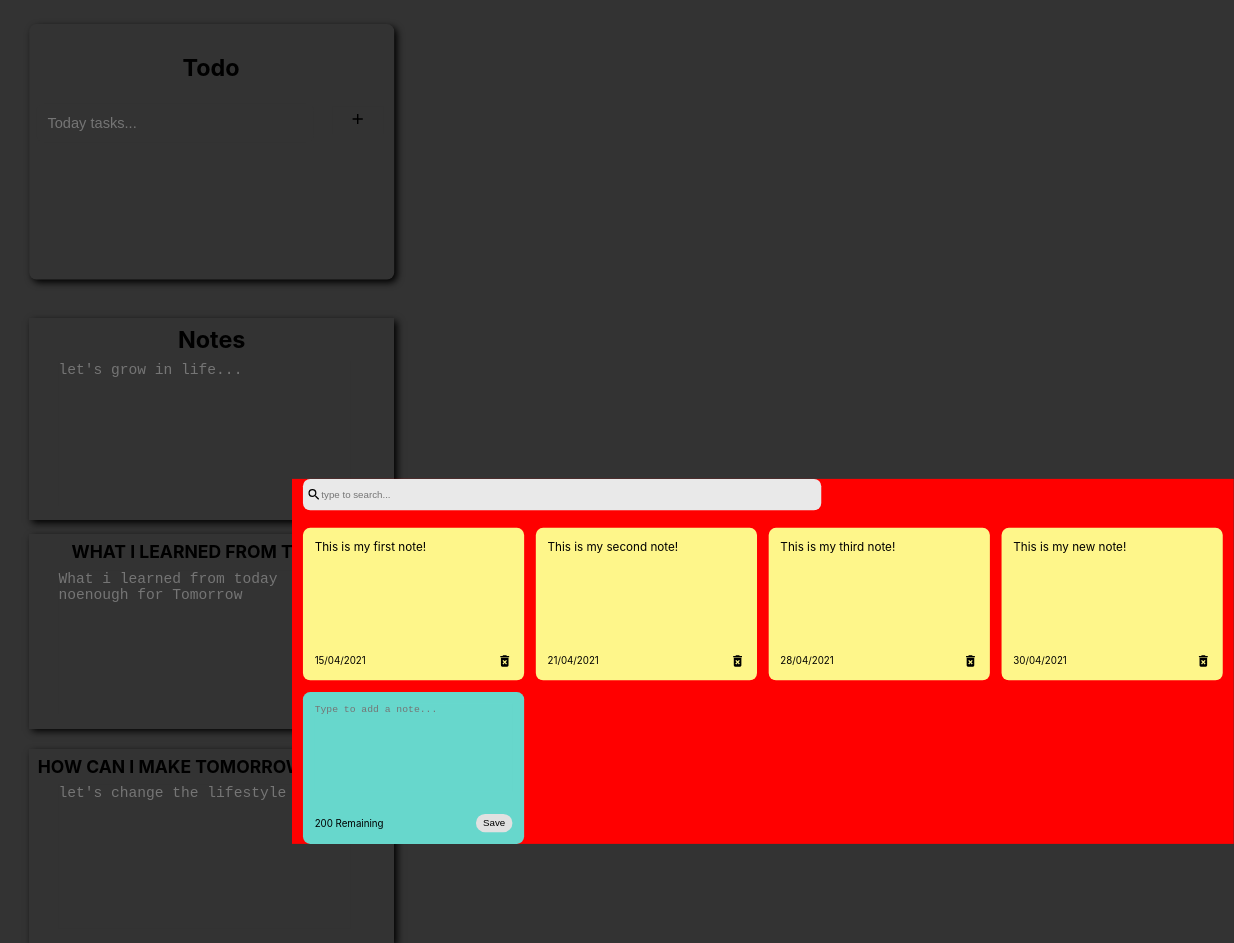
Repository: subhamRsahoo/note
Page: /
The author's editor kept a copy of each file at every save. The page is drawn from the files as they stood at one save, then again after the next save.
The browser window is 1280 px wide. The page is 1690 px wide, so the pictures cover 1690 px, including what lies to the right of the window. The pictures show the whole page, at 73% of full size.
The project was rebuilt for these pictures with package versions that can differ from the ones it lists, and the page was loaded fresh each time.

Above is the page before, as saved 2021-07-15 17:50:13.

### public/index.html
<!DOCTYPE html>
<html lang="en">
  <head>
    <meta charset="utf-8" />
    <link rel="icon" href="%PUBLIC_URL%/favicon.ico" />
    <meta name="viewport" content="width=device-width, initial-scale=1" />
    <meta name="theme-color" content="#000000" />
    <meta
      name="description"
      content="Web site created using create-react-app"
    />
    <link rel="apple-touch-icon" href="%PUBLIC_URL%/logo192.png" />
    <link rel="manifest" href="%PUBLIC_URL%/manifest.json" />


    <!-- <link rel="stylesheet" href="https://cdnjs.cloudflare.com/ajax/libs/font-awesome/5.15.3/css/font-awesome.min.css"/> -->

    <!-- <link rel="stylesheet" href="https://bootswatch.com/4/materia/bootstrap.com"/> -->

    <title>React App</title>
  </head>
  <body>
    <noscript>You need to enable JavaScript to run this app.</noscript>
    <div id="root"></div>
  </body>
</html>

### src/App.js
import React from 'react'
import Hub from './components/Hub';
import Hub1 from './components/aaaa/Hub1';
import A from './components/New folder/A';

function App() {
    return (
        <div>
            <Hub/>
            <Hub1/>
            <A/>
        </div>
    )
}

export default App

### src/components/Hub.js
import React , {useState , useEffect}from "react";
import Header from "./Header";
import Form from "./Form";
import TodoList from "./TodoList";
import './App.css';


const Hub = () => {
  const initalState = JSON.parse(localStorage.getItem("todos")) || [];
  const [input ,setInput] = useState("");
  const [todos ,setTodos] = useState(initalState);
  const [editTodo , setEditTodo] = useState(null);

  useEffect(() => {
    localStorage.setItem("todos" , JSON.stringify(todos))
  }, [todos]);
  return (
    <div className="container">
      <div className="app-wrapper">
        <div>
          <Header/>
        </div>
        <div>
          <Form
          input={input}
          setInput={setInput}
          todos={todos}
          setTodos={setTodos}
          editTodo={editTodo}
          setEditTodo={setEditTodo}
          />
        </div>
        <div>
          <TodoList todos={todos} setTodos={setTodos} setEditTodo={setEditTodo}/>
        </div>
      </div>
    </div>

  );
}

export default Hub;

### src/components/aaaa/Hub1.js
import React, { Component } from 'react';
import FormDataComponent from './components/form-data.component';
class  Hub1 extends Component {
  render() {
    return (
      <div >
        <FormDataComponent />
      </div>
    );
  }
}

export default Hub1;

### src/components/New folder/A.js
import React from 'react';
import './index.css';
import App from './App';


function A() {
    return (
        <div>
            <App />
        </div>
    )
}

export default A

### src/components/Header.js
import React from 'react'

function Header() {
    return (
        <div className="header">
            <h1>Todo</h1>
        </div>
    )
}

export default Header

### src/components/Form.js
import React , {useEffect} from 'react'
import {v4 as uuidv4} from "uuid";
import AddIcon from '@material-ui/icons/Add';

 const Form =({input , setInput , todos , setTodos , editTodo , setEditTodo }) => {
     const updateTodo = (title , id, completed) =>
     {
         const newTodo = todos.map((todo)=>

             todo.id === id ? {title,id, completed} : todo
         )
         setTodos(newTodo);
         setEditTodo("");
     }
     useEffect(() =>
     {
         if(editTodo)
         {
             setInput(editTodo.title);
         }else{
             setInput("")
         }
     }, [setInput , editTodo]);

     const onInputChange= (event) =>
     {
       setInput(event.target.value);
     };

     const onFormSubmit = (event) =>
     {
        event.preventDefault();
        if(!editTodo){
            setTodos([...todos , {id:uuidv4(), title: input , completed: false}]);
            setInput("");
        }else{
            updateTodo(input , editTodo.id , editTodo.completed)
        }
     }
    return (
       <form onSubmit={onFormSubmit}>
           <input type="text" placeholder="Today tasks... " className="task-input"
           value={input} required onChange={onInputChange} limit={3}/>
           <button type="submit" className="Add">
            <AddIcon/>
           </button>
       </form>
    )
}

export default Form

### src/components/TodoList.js
import React from 'react'
import DoneIcon from '@material-ui/icons/Done';
import EditIcon from '@material-ui/icons/Edit';
import DeleteIcon from '@material-ui/icons/Delete';

const TodoList = ({todos , setTodos , setEditTodo}) => {

    const handleDelete = ({id}) =>
    {
        setTodos(todos.filter((todo) => todo.id !== id));
    }

    const handleComplete = (todo) =>
    {
        setTodos(
            todos.map((item) => {
                if(item.id === todo.id){
                    return {...item , completed: !item.completed};
                }
                return item
            })
        )
    }

    const handleEdit =({id}) =>{
        const findTodo = todos.find((todo) => todo.id === id);
        setEditTodo(findTodo);
    };
    return (
        <div>
           {todos.map((todo) => (
               <li className="list-item"  key={todo.id}>
                   <input type="text"
                     value={todo.title}
                     className={`list ${todo.completed ? "complete" : "" }`}
                     onChange={(event)=> event.preventDefault()}
                   />
                   <div>
                       <button className="button-complete task-button" onClick={() => handleComplete(todo)}>
                          <i><DoneIcon/></i>
                       </button>
                       <button className="button-edit task-button" onClick={()=> handleEdit(todo)}>
                          <i><EditIcon/></i>
                       </button>
                       <button className="button-delete task-button"  onClick={()=> handleDelete(todo)}>
                          <i><DeleteIcon/></i>
                       </button>
                   </div>
               </li>
           ))}
        </div>
    );
}

export default TodoList;

### src/components/App.css
::-webkit-scrollbar {
  width: 9px;
}
::-webkit-scrollbar-thumb {
  background-color: #a8a8a8;
}
::-webkit-scrollbar-thumb:hover {
  background: #828282;
}
::-webkit-scrollbar-track {
  background: #cccccc;
}

body {
  font-family: -apple-system, BlinkMacSystemFont, 'Segoe UI', 'Roboto', 'Oxygen',
    'Ubuntu', 'Cantarell', 'Fira Sans', 'Droid Sans', 'Helvetica Neue',
    sans-serif;
  -webkit-font-smoothing: antialiased;
  -moz-osx-font-smoothing: grayscale;
  background: #333;
}

code {
  font-family: source-code-pro, Menlo, Monaco, Consolas, 'Courier New',
    monospace;
}


*
{
  margin: 0;
  padding: 0;
}

.container
{
  margin-top: 10px;
  width: 100%;
  min-height: 55vh;
  display: grid;
  justify-content: left;
  /* margin-left: 40px; */
  right: 500px;
  align-items: center;
  position: relative;
  box-sizing: border-box;
  left: 40px;
}

.app-wrapper
{
  background-color: #333;
  width: 500px;
  min-height: 350px;
  padding: 10px;
  box-sizing: border-box;
  border-radius: 10px;
  box-shadow: 4px 4px 10px #000;
  /* margin-bottom: 150px; */

}

.header h1
{
  color: black;
  text-align: left;
  margin: 30px 0;
  margin-left: 200px;
}

.task-input
{
  outline: none;
  width: 350px;
  padding: 15px;
  margin-right: 25px;
  font-size: 20px;
  color: white;
  background-color: #333;
  border: none;
  border-radius: 10px;
}

.task-input:hover
{
  box-shadow: 6px 4px 10px #000;
}

.Add
{
  width: 70px;
  padding: 5px 5px;
  border: 0;
  cursor: pointer;
  border-style: transparent;
  background-color: #333;
}

.Add:hover
{
  border-radius: 10px;
  box-shadow: 6px 4px 10px #000;
}

.list-item
{
  display: flex;
  margin: 20px 0;
  border: none;
  border-radius: 10px;
  padding: 7px;
  max-height: 20px;
}

.list-item:hover
{
  box-shadow: 6px 4px 10px #000;
}

.button-complete,
.button-delete,
.button-edit
{
  border: none;
  outline: none;
  cursor: pointer;
  background-color: transparent;
  font-size: 20px;
  border-radius: 50%;
}

.button-complete
{
  color: #ff6c6c;
  margin-right: 10px;
  margin-left: 70px;
}

.button-edit
{
  color: #e2d029;
  margin-right: 10px;
}

.button-delete
{
  color: lightseagreen;
}

.complete
{
  text-decoration-style: solid;
  text-decoration-line: line-through;
  text-decoration-color: #ff6c6c;
  opacity: 0.6;
}

.list
{
  width: 250px;
  background-color: #333;
  border: none;
  color: wheat;
  font-size: 20px;
  padding-left: 10px;
  margin-right: 15px;
}

input:focus,
button:focus
{
  outline: none;
}

@media screen and (max-width:768px)
{
  .container
  {
    left : 120px;
  }
  .app-wrapper
  {

    min-width: 400px;
    min-height: 260px;
    /* margin-top: 15px; */
  }
}

@media screen and (max-width:540px)
{
  .container
  {
    left: 40px;
  }
}

@media screen and (max-width: 1020px)
{
  .app-wrapper
  {
    min-width: 200px;
    min-height: 260px;
    margin-top: 15px;
  }
}

### src/components/aaaa/components/form-data.component.js
import React, { Component } from 'react';
import './design.css';
export default class FormDataComponent extends Component {
    userData;

    constructor(props) {
        super(props);

        this.onChangeName = this.onChangeName.bind(this);
        this.onChangeName1 = this.onChangeName1.bind(this);
        this.onChangeName2 = this.onChangeName2.bind(this);
        this.onSubmit = this.onSubmit.bind(this);

        this.state = {
            name: '',
            name1: '',
            name2: ''
        }
    }

    // Form Values
    onChangeName(e) {
        this.setState({ name: e.target.value })
    }

    onChangeName1(e) {
        this.setState({ name1: e.target.value })
    }

    onChangeName2(e) {
        this.setState({ name2: e.target.value })
    }


    // React Life Cycle
    componentDidMount() {
        this.userData = JSON.parse(localStorage.getItem('user'));

        if (localStorage.getItem('user')) {
            this.setState({
                name: this.userData.name,
                name1: this.userData.name1,
                name2: this.userData.name2
            })
        } else {
            this.setState({
                name: '',
                name1: '',
                name2: ''
            })
        }
    }

    componentWillUpdate(nextProps, nextState) {
        localStorage.setItem('user', JSON.stringify(nextState));
    }

    onSubmit(e) {
        e.preventDefault()
        console.log(this.state.props)
    }


    render() {
        return (

                <form className="form" onSubmit={this.onSubmit}>
                    <div className="contain">
                        <h1>Notes</h1>
                        <textarea type="text" placeholder="let's grow in life..." className="text1" value={this.state.name} onChange={this.onChangeName} />
                        {/* <button type="submit" className="btn1">Save</button> */}
                    </div>


                    <div className="contain1">
                        <h2>WHAT I LEARNED FROM TODAY?</h2>
                        <textarea type="text" placeholder="What i learned from today noenough for Tomorrow" className="text2" value={this.state.name1} onChange={this.onChangeName1} />
                        {/* <button type="submit" className="btn2">Save</button> */}
                    </div>

                    <div className="contain2">
                        <h2>HOW CAN I MAKE TOMORROW BETTER?</h2>
                        <textarea type="text" placeholder="let's change the lifestyle" className="text3" value={this.state.name2} onChange={this.onChangeName2} />
                        {/* <button type="submit" className="btn3">Save</button> */}
                    </div>
                </form>

        )
    }
}

### src/components/New folder/index.css
body {
	margin: 0;
	font-family: -apple-system, BlinkMacSystemFont, 'Segoe UI',
		'Roboto', 'Oxygen', 'Ubuntu', 'Cantarell', 'Fira Sans',
		'Droid Sans', 'Helvetica Neue', sans-serif;
	-webkit-font-smoothing: antialiased;
	-moz-osx-font-smoothing: grayscale;
}

code {
	font-family: source-code-pro, Menlo, Monaco, Consolas,
		'Courier New', monospace;
}

.header {
	display: flex;
	align-items: center;
	justify-content: space-between;
}

.dark-mode {
	background-color: black;
}

.dark-mode h1 {
	color: white;
}

.container1 {
	display: grid;
	min-width: 1260px;
	/* margin-right: auto;  */
	position: absolute;
	left: 400px;
	padding-right: 15px;
	padding-left: 15px;
	min-height: 500px;
	background-color:red;
}

.notes-list {
	display: grid;
	grid-gap: 1rem;
	grid-template-columns: repeat(
		auto-fill,
		minmax(250px, 1fr)
	);
}

.note.new {
	background-color: #67d7cc;
}

textarea {
	border: none;
	resize: none;
	background-color: #67d7cc;
}

textarea:focus {
	outline: none;
}

.save {
	background-color: #e1e1e1;
	border: none;
	border-radius: 15px;
	padding: 5px 10px 5px 10px;
}

.save:hover {
	background-color: #ededed;
	cursor: pointer;
}

.note {
	background-color: #fef68a;
	border-radius: 10px;
	padding: 1rem;
	min-height: 170px;
	display: flex;
	flex-direction: column;
	justify-content: space-between;
	white-space: pre-wrap;
}

.note-footer {
	display: flex;
	align-items: center;
	justify-content: space-between;
}

.delete-icon {
	cursor: pointer;
}

.search {
	display: flex;
	align-items: center;
	background-color: rgb(233, 233, 233);
	width: 700px;
	border-radius: 10px;
	padding: 5px;
	margin-bottom: 1.5em;
}

.search input {
	border: none;
	background-color: rgb(233, 233, 233);
	width: 100%;
}

.search input:focus {
	outline: none;
}

### src/components/New folder/App.js
import { useState, useEffect } from 'react';
import { nanoid } from 'nanoid';
import NotesList from './components/NotesList';
import Search from './components/Search';

const App = () => {
	const [notes, setNotes] = useState([
		{
			id: nanoid(),
			text: 'This is my first note!',
			date: '15/04/2021',
		},
		{
			id: nanoid(),
			text: 'This is my second note!',
			date: '21/04/2021',
		},
		{
			id: nanoid(),
			text: 'This is my third note!',
			date: '28/04/2021',
		},
		{
			id: nanoid(),
			text: 'This is my new note!',
			date: '30/04/2021',
		},
	]);

	const [searchText, setSearchText] = useState('');

	useEffect(() => {
		const savedNotes = JSON.parse(
			localStorage.getItem('react-notes-app-data')
		);

		if (savedNotes) {
			setNotes(savedNotes);
		}
	}, []);

	useEffect(() => {
		localStorage.setItem(
			'react-notes-app-data',
			JSON.stringify(notes)
		);
	}, [notes]);

	const addNote = (text) => {
		const date = new Date();
		const newNote = {
			id: nanoid(),
			text: text,
			date: date.toLocaleDateString(),
		};
		const newNotes = [...notes, newNote];
		setNotes(newNotes);
	};

	const deleteNote = (id) => {
		const newNotes = notes.filter((note) => note.id !== id);
		setNotes(newNotes);
	};

	return (
		<div >
			<div className='container1'>
				<Search handleSearchNote={setSearchText} />
				<NotesList
					notes={notes.filter((note) =>
						note.text.toLowerCase().includes(searchText)
					)}
					handleAddNote={addNote}
					handleDeleteNote={deleteNote}
				/>
			</div>
		</div>
	);
};

export default App;

### src/components/aaaa/components/design.css
.form
{
    width: 100%;
    height: 250px;
    display: grid;
    margin: 0;
    padding: 0;
}


.contain
{
    display: grid;
    width: 500px;
    left: 40px;
    top: 30px;
    bottom: 10px;
    box-shadow: 4px 4px 10px #000;
    position: relative;
    box-sizing: border-box;

}

.text1
{
    margin-top: 10px;
   width: 400px;
   height: 197px;
   margin-left: 40px;
   background-color: #333;
   border-style: none;
   color: white;
   border-style: none;
   font-size: 20px;
   margin-bottom: 20px;
}

.text1:hover
{
    box-shadow: 4px 4px 10px #000;
}

.contain h1
{
    margin-top: 10px;
   text-align: center;
}

/* .btn1
{
    background-color: #333;
    margin-left: 70px;
    text-decoration-color: white;
    border-style: none;
    color: white;
    cursor: pointer;
    margin-bottom: 10px;
    padding: 8px 8px;
    border-radius: 10px;
}

.btn1:hover
{
    box-shadow: 4px 4px 10px #000;
    padding: 8px 8px;
} */


.contain1
{
    width: 500px;
    top: 50px;
    left: 40px;
    box-shadow: 4px 4px 10px #000;
    position: relative;
    box-sizing: content-box;
    display: grid;
}

.text2
{
    margin-top: 10px;
    width: 400px;
    height: 197px;
    margin-left: 40px;
    background-color: #333;
    border-style: none;
    color: white;
    border-style: none;
    font-size: 20px;
    margin-bottom: 20px;
}

.text2:hover
{
    box-shadow: 4px 4px 10px #000;
}


.contain1 h2
{
    margin-top: 10px;
   text-align: center;
}

/* .btn2
{
    background-color: #333;
    margin-left: 70px;
    text-decoration-color: white;
    border-style: none;
    color: white;
    cursor: pointer;
    margin-bottom: 10px;
    padding: 8px 8px;
    border-radius: 10px;
}

.btn2:hover
{
    box-shadow: 4px 4px 10px #000;
    padding: 8px 8px;
} */

.contain2
{
   width: 500px;
    margin-top: 620px;
    margin-left: 40px;
    /* bottom: 630px; */
    box-shadow: 4px 4px 10px #000;
    position: absolute;
    box-sizing:border-box;
    display: grid;
}

.text3
{
    margin-top: 10px;
    width: 400px;
    height: 197px;
    margin-left: 40px;
    background-color: #333;
    border-style: none;
    color: white;
    border-style: none;
    font-size: 20px;
    margin-bottom: 20px;
}

.text3:hover
{
    box-shadow: 4px 4px 10px #000;
}


.contain2 h2
{
    margin-top: 10px;
   text-align: center;
}

/* .btn3
{
    background-color: #333;
    margin-left: 70px;
    text-decoration-color: white;
    border-style: none;
    color: white;
    cursor: pointer;
    margin-bottom: 10px;
    padding: 8px 8px;
    border-radius: 10px;
}

.btn3:hover
{
    box-shadow: 4px 4px 10px #000;
    padding: 8px 8px;
} */

@media screen and (max-width:768px)
{
    .contain
    {
        left: 80px;
    }
    .contain1
    {
        left: 80px;
    }
    .contain2
    {
        left: 80px;
    }
}

@media screen and (max-width: 540px)
{
    .contain
    {
        left: 0;
    }
    .contain1
    {
        left: 0px;
    }
    .contain2
    {
        left: 0px;
    }
}

### src/components/New folder/components/AddNote.js
import { useState } from 'react';

const AddNote = ({ handleAddNote }) => {
	const [noteText, setNoteText] = useState('');
	const characterLimit = 200;

	const handleChange = (event) => {
		if (characterLimit - event.target.value.length >= 0) {
			setNoteText(event.target.value);
		}
	};

	const handleSaveClick = () => {
		if (noteText.trim().length > 0) {
			handleAddNote(noteText);
			setNoteText('');
		}
	};

	return (
		<div className='note new'>
			<textarea
				rows='8'
				cols='10'
				placeholder='Type to add a note...'
				value={noteText}
				onChange={handleChange}
			></textarea>
			<div className='note-footer'>
				<small>
					{characterLimit - noteText.length} Remaining
				</small>
				<button className='save' onClick={handleSaveClick}>
					Save
				</button>
			</div>
		</div>
	);
};

export default AddNote;

Loaded but not shown: src/index.js (common file); src/components/New folder/components/NotesList.js (common file); src/components/New folder/components/Search.js (common file); src/components/New folder/components/Note.js (common file)

After the next save:
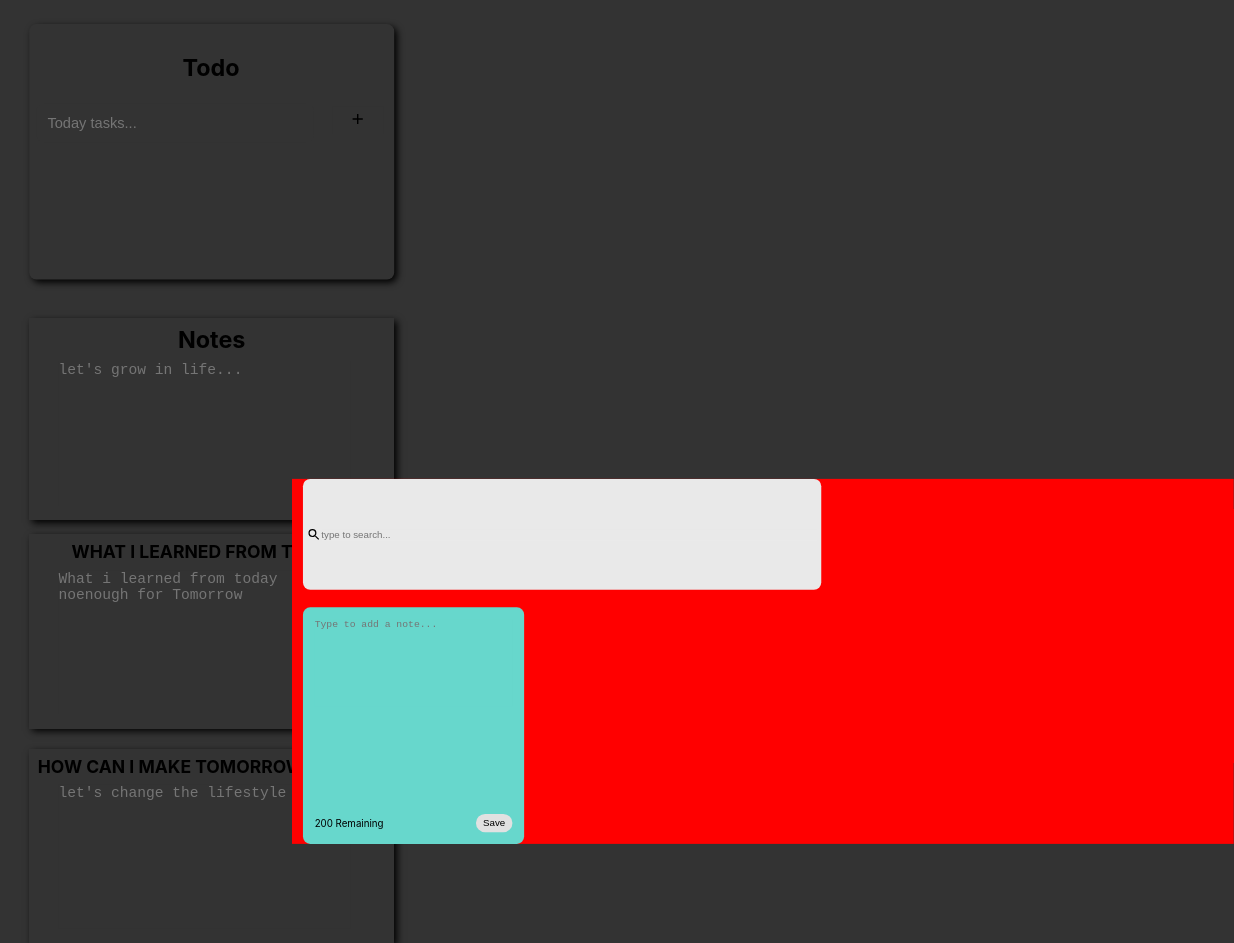
Saved 21 s later.
--- a/src/components/New folder/App.js
+++ b/src/components/New folder/App.js
@@ -5,26 +5,26 @@ import Search from './components/Search';
 
 const App = () => {
 	const [notes, setNotes] = useState([
-		{
-			id: nanoid(),
-			text: 'This is my first note!',
-			date: '15/04/2021',
-		},
-		{
-			id: nanoid(),
-			text: 'This is my second note!',
-			date: '21/04/2021',
-		},
-		{
-			id: nanoid(),
-			text: 'This is my third note!',
-			date: '28/04/2021',
-		},
-		{
-			id: nanoid(),
-			text: 'This is my new note!',
-			date: '30/04/2021',
-		},
+		// {
+		// 	id: nanoid(),
+		// 	text: 'This is my first note!',
+		// 	date: '15/04/2021',
+		// },
+		// {
+		// 	id: nanoid(),
+		// 	text: 'This is my second note!',
+		// 	date: '21/04/2021',
+		// },
+		// {
+		// 	id: nanoid(),
+		// 	text: 'This is my third note!',
+		// 	date: '28/04/2021',
+		// },
+		// {
+		// 	id: nanoid(),
+		// 	text: 'This is my new note!',
+		// 	date: '30/04/2021',
+		// },
 	]);
 
 	const [searchText, setSearchText] = useState('');
